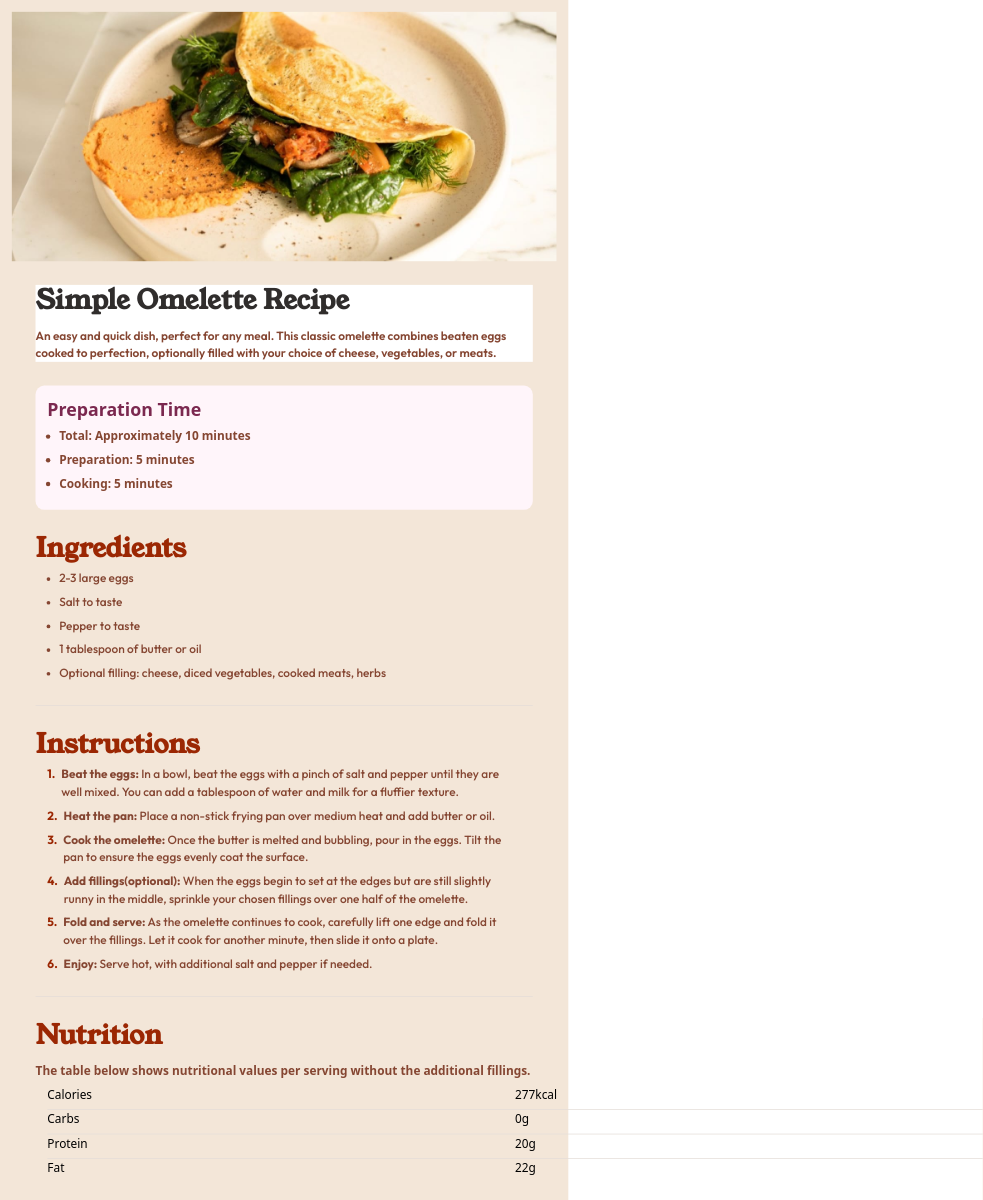
Repository: nivrii/recipe-page-main
Page: /
These files come from the project's save history. The page is drawn as it stood at one moment and after the next save; the edit follows.
The browser window is 1280 px wide. The page is 1328 px wide, then 1280 px, so the pictures cover 1328 px, including what lies to the right of the window. The pictures show the whole page, at 74% of full size.
The project was rebuilt for these pictures with package versions that can differ from the ones it lists, and the page was loaded fresh each time. Also part of the build but not shown: vite.config.js, src/index.css.

Above is the page before, as saved 2024-03-23 17:07:32.

### src/App.jsx
import "./App.css";
import omelette from "./assets/images/image-omelette.jpeg";

function App() {
  return (
    <div className="container flex flex-col md:p-4 md:bg-eggshell w-screen min-h-max">
      <div>
        <img src={omelette} alt="omelette" className="w-screen md:w-auto" />
      </div>
      <div className="bg-white m-8">
        <h1 className="text-left text-darkCharcoal text-4xl font-bold font-young">
          Simple Omelette Recipe
        </h1>
        <p className="text-left font-outfit text-nutmeg mt-4 font-semibold">
          An easy and quick dish, perfect for any meal. This classic omelette
          combines beaten eggs cooked to perfection, optionally filled with your
          choice of cheese, vegetables, or meats.
        </p>
      </div>
      <div className="bg-roseWhite p-4 mx-8 rounded-xl">
        <h1 className="text-left text-darkRaspberry text-2xl font-bold">
          Preparation Time
        </h1>
        <ul className="list-disc px-4 text-nutmeg">
          <li className=" font-semibold my-2">
            <span className="font-extrabold">Total:</span> Approximately 10
            minutes
          </li>
          <li className=" font-semibold my-2">
            <span className="font-extrabold">Preparation:</span> 5 minutes
          </li>
          <li className=" font-semibold my-2">
            <span className="font-extrabold">Cooking:</span> 5 minutes
          </li>
        </ul>
      </div>
      <div className="divide-y divide-lightGrey mx-4">
        <div className="m-4">
          <h1 className="text-left text-nutmegLight text-4xl font-bold font-young mt-8">
            Ingredients
          </h1>
          <ul className="list-disc px-4 font-outfit mt-2 mb-8 mx-4 text-nutmeg font-medium space-y-2">
            <li>2-3 large eggs</li>
            <li>Salt to taste</li>
            <li>Pepper to taste</li>
            <li>1 tablespoon of butter or oil</li>
            <li>
              Optional filling: cheese, diced vegetables, cooked meats, herbs
            </li>
          </ul>
        </div>
        <div className="m-4">
          <h1 className="text-left text-nutmegLight text-4xl font-bold font-young mt-8">
            Instructions
          </h1>
          <ul className="font-outfit mt-2 mb-8 mx-4 text-nutmeg font-medium space-y-2">
            <li className="flex flex-row space-x-2">
              <div className="text-nutmegLight font-bold">1.</div>
              <div className="">
                <span className="font-bold"> Beat the eggs:</span> In a bowl,
                beat the eggs with a pinch of salt and pepper until they are
                well mixed. You can add a tablespoon of water and milk for a
                fluffier texture.
              </div>
            </li>
            <li className="flex flex-row space-x-2">
              <div className="text-nutmegLight font-bold ">2.</div>
              <div className="">
                <span className="font-bold"> Heat the pan:</span> Place a
                non-stick frying pan over medium heat and add butter or oil.
              </div>
            </li>
            <li className="flex flex-row space-x-2">
              <div className="text-nutmegLight font-bold">3.</div>
              <div className="">
                <span className="font-bold"> Cook the omelette:</span> Once the
                butter is melted and bubbling, pour in the eggs. Tilt the pan to
                ensure the eggs evenly coat the surface.
              </div>
            </li>
            <li className="flex flex-row space-x-2">
              <div className="text-nutmegLight font-bold">4.</div>
              <div className="">
                <span className="font-bold"> Add fillings(optional):</span> When
                the eggs begin to set at the edges but are still slightly runny
                in the middle, sprinkle your chosen fillings over one half of
                the omelette.
              </div>
            </li>
            <li className="flex flex-row space-x-2">
              <div className="text-nutmegLight font-bold">5.</div>
              <div className="">
                <span className="font-bold"> Fold and serve:</span> As the
                omelette continues to cook, carefully lift one edge and fold it
                over the fillings. Let it cook for another minute, then slide it
                onto a plate.
              </div>
            </li>
            <li className="flex flex-row space-x-2">
              <div className="text-nutmegLight font-bold">6.</div>
              <div className="">
                <span className="font-bold"> Enjoy:</span> Serve hot, with
                additional salt and pepper if needed.
              </div>
            </li>
          </ul>
        </div>
        <div className="m-4">
          <h1 className="text-left text-nutmegLight text-4xl font-bold font-young mt-8 mb-4">
            Nutrition
          </h1>
          <p className="text-nutmeg font-semibold text-outfit">
            The table below shows nutritional values per serving without the
            additional fillings.
          </p>
          <div className="divide-y divide-lightGrey w-screen">
            <div className="flex flex-row ml-4 my-2">
              <span className="basis-1/2">Calories</span>
              <span className="basis-1/2">277kcal</span>
            </div>
            <div className="flex flex-row ml-4 my-2">
              <span className="basis-1/2">Carbs</span>
              <span className="basis-1/2">0g</span>
            </div>
            <div className="flex flex-row ml-4 my-2">
              <span className="basis-1/2">Protein</span>
              <span className="basis-1/2">20g</span>
            </div>
            <div className="flex flex-row ml-4 my-2">
              <span className="basis-1/2">Fat</span>
              <span className="basis-1/2">22g</span>
            </div>
          </div>
        </div>
      </div>
    </div>
  );
}

export default App;

### src/App.css
@import url("https://fonts.googleapis.com/css2?family=Young+Serif&display=swap");

@import url("https://fonts.googleapis.com/css2?family=Outfit:wght@100..900&display=swap");

@import "tailwindcss/base";
@import "tailwindcss/components";
@import "tailwindcss/utilities";

### tailwind.config.js
/** @type {import('tailwindcss').Config} */
export default {
  content: ["./index.html", "./src/**/*.{js,ts,jsx,tsx}"],
  theme: {
    screens: {
      'sm': '375px',
      'md': '768px',
      'lg': '1440px',
      'xl': '1920px',
    },
    extend: {
      fontFamily: {
        outfit: ["Outfit", "sans-serif"],
        young: ["Young Serif", "serif"],
      },
      colors: {
        roseWhite: "hsl(330, 100%, 98%)",
        white: "hsl(0, 0%, 100%)",
        eggshell: "hsl(30, 54%, 90%)",
        lightGrey: "hsl(30, 18%, 87%)",
        wengeBrown: "hsl(30, 10%, 34%)",
        darkCharcoal: "hsl(24, 5%, 18%)",
        nutmeg: "hsl(14, 45%, 36%)",
        nutmegLight: "hsl(14, 96%, 31%)",
        darkRaspberry: "hsl(332, 51%, 32%)",
      },
    },
  },
  plugins: [],
};

Loaded but not shown: index.html (common file); src/main.jsx (common file)

After the next save:
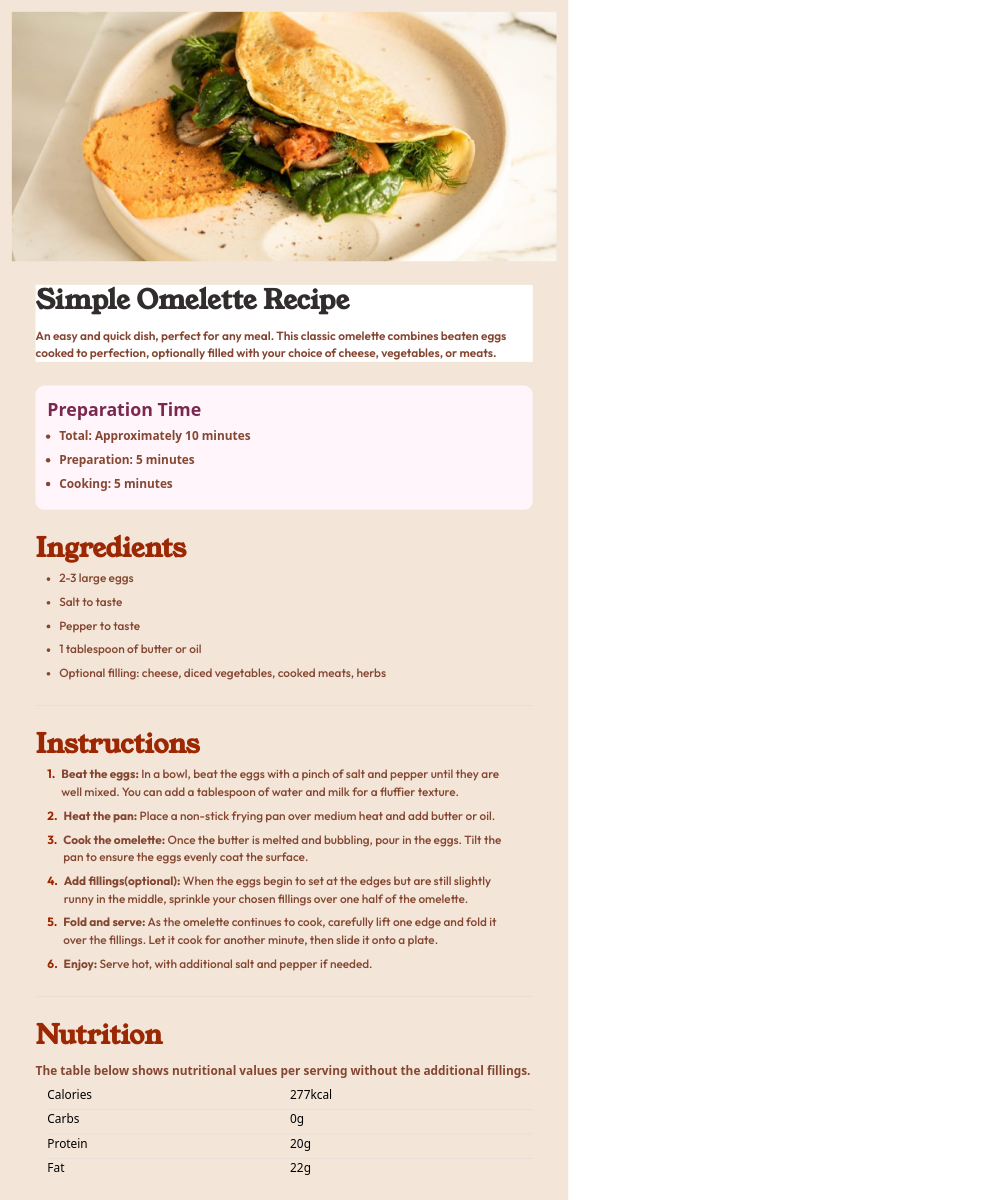
Saved 13 s later.
--- a/src/App.jsx
+++ b/src/App.jsx
@@ -113,7 +113,7 @@ function App() {
             The table below shows nutritional values per serving without the
             additional fillings.
           </p>
-          <div className="divide-y divide-lightGrey w-screen">
+          <div className="divide-y divide-lightGrey w-full">
             <div className="flex flex-row ml-4 my-2">
               <span className="basis-1/2">Calories</span>
               <span className="basis-1/2">277kcal</span>
